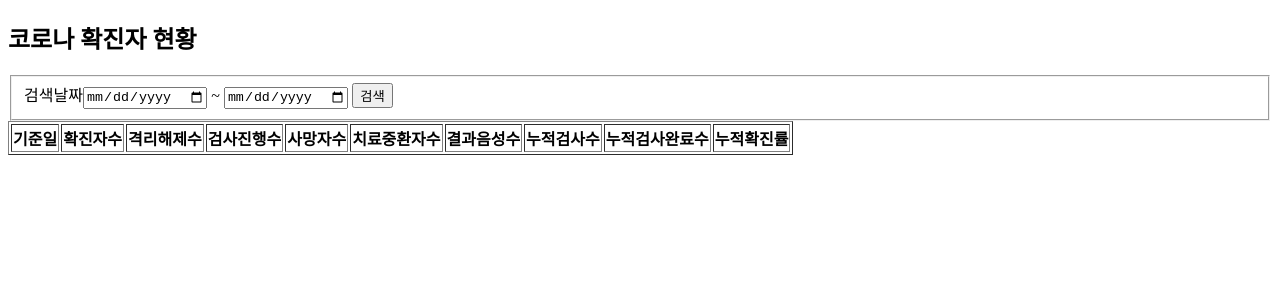
Repository: Sewoong-Lee/jsp
Page: http://localhost/jsp05_api/view/01_xml_covid.jsp
These files come from the project's save history. The page is drawn as it stood at one moment and after the next save; the edit follows.
The browser window is 1280 px wide. The pictures show the whole page.
The page is served by Tomcat 9. Other server files are loaded and not shown.

Above is the page before, as saved 2021-06-24 08:24:17.

### source/jsp05_api/WebContent/view/01_xml_covid.jsp
<%@ page language="java" contentType="text/html; charset=UTF-8"
    pageEncoding="UTF-8"%>
<%@taglib prefix="c" uri="http://java.sun.com/jsp/jstl/core" %>
<!-- contextpath 변수 생성 -->
<c:set var="path" value="${pageContext.request.contextPath}"/>
<!DOCTYPE html>
<html>
<head>
<meta charset="UTF-8">
<title>코로나 확진자 현황</title>
</head>
<body>
	<h2>코로나 확진자 현황</h2>
	<form action="${path}/list.do">
	<fieldset>
		검색날짜<input type="date" name="startdate"> ~ <input type="date" name="enddate">
		<button>검색</button>
	</fieldset>
	</form>
		<table border="1">
			<tr>
				<th>기준일</th>
				<th>확진자수</th>
				<!-- <th>확진증감량</th> -->
				<th>격리해제수</th>
				<th>검사진행수</th>
				<th>사망자수</th>
				<th>치료중환자수</th>
				<th>결과음성수</th>
				<th>누적검사수</th>
				<th>누적검사완료수</th>
				<th>누적확진률</th>
			</tr>
			<c:forEach var="covidlist" items="${covidlist}">
			<tr>
				<td>${covidlist.stateDt}</td>
				<td>${covidlist.decideCnt}</td>
				<%-- <td>${covidlist.diffcnt}</td> --%>
				<td>${covidlist.clearCnt}</td>
				<td>${covidlist.examCnt}</td>
				<td>${covidlist.deathCnt}</td>
				<td>${covidlist.careCnt}</td>
				<td>${covidlist.resutlNegCnt}</td>
				<td>${covidlist.accExamCnt}</td>
				<td>${covidlist.accExamCompCnt}</td>
				<td>${covidlist.accDefRate}</td>
			</tr>
			</c:forEach>
		</table>

</body>
</html>

After the next save:
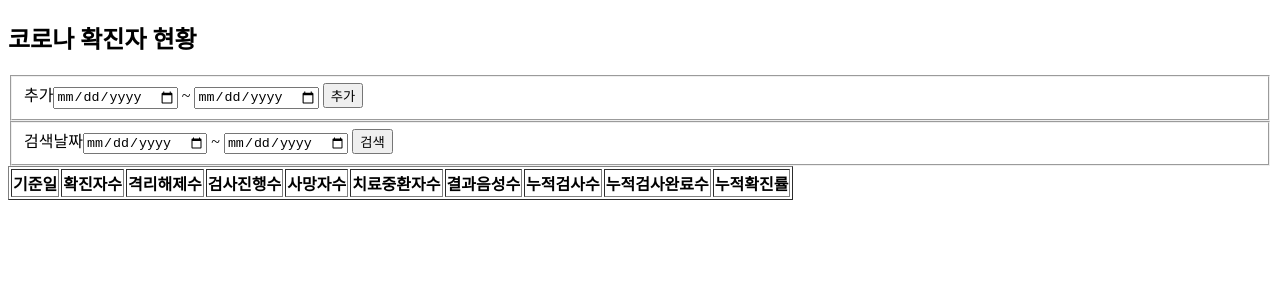
Saved 90 s later.
--- a/source/jsp05_api/WebContent/view/01_xml_covid.jsp
+++ b/source/jsp05_api/WebContent/view/01_xml_covid.jsp
@@ -11,6 +11,12 @@
 </head>
 <body>
 	<h2>코로나 확진자 현황</h2>
+	<form action="${path}/add.do">
+	<fieldset>
+		추가<input type="date" name="startdate"> ~ <input type="date" name="enddate">
+		<button>추가</button>
+	</fieldset>
+	</form>
 	<form action="${path}/list.do">
 	<fieldset>
 		검색날짜<input type="date" name="startdate"> ~ <input type="date" name="enddate">

After the save that followed:
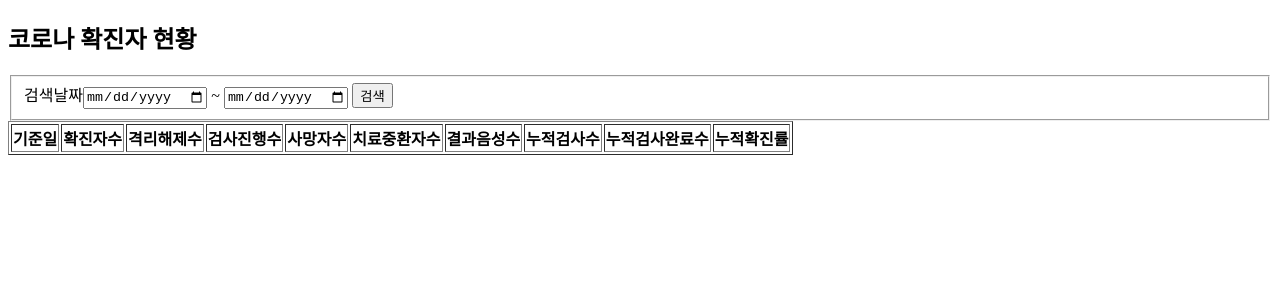
Saved 21 s later.
--- a/source/jsp05_api/WebContent/view/01_xml_covid.jsp
+++ b/source/jsp05_api/WebContent/view/01_xml_covid.jsp
@@ -11,12 +11,6 @@
 </head>
 <body>
 	<h2>코로나 확진자 현황</h2>
-	<form action="${path}/add.do">
-	<fieldset>
-		추가<input type="date" name="startdate"> ~ <input type="date" name="enddate">
-		<button>추가</button>
-	</fieldset>
-	</form>
 	<form action="${path}/list.do">
 	<fieldset>
 		검색날짜<input type="date" name="startdate"> ~ <input type="date" name="enddate">
